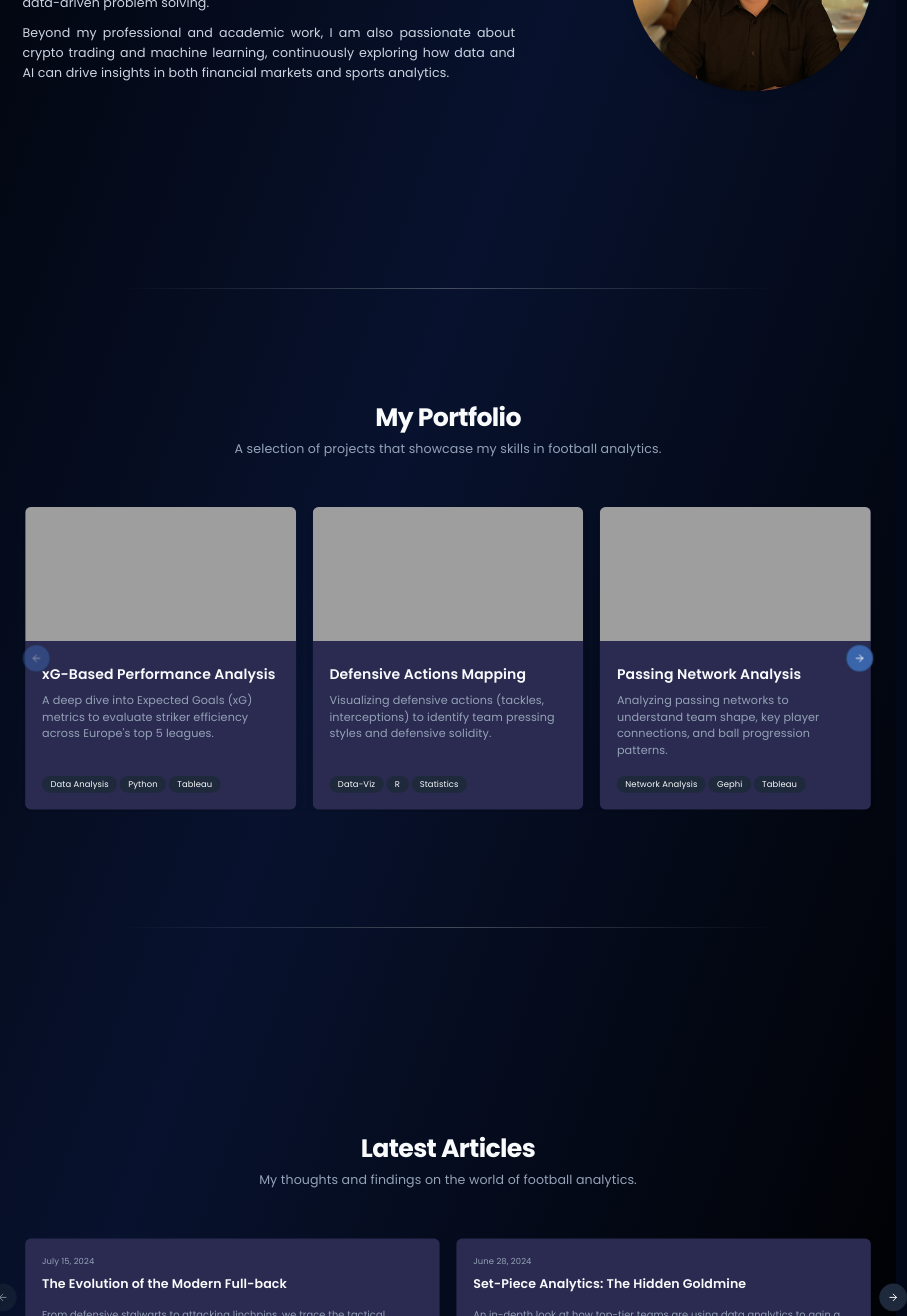
Repository: patrick-cw/my-portfolio
Page: /
These files come from the project's save history. The page is drawn as it stood at one moment and after the next save; the edit follows.
The browser window is 1280 px wide. The page is 1296 px wide, so the pictures cover 1296 px, including what lies to the right of the window. The pictures show the part of the page from y = 1318 to 3198 px (the page is 3545 px tall), at 70% of full size.
Pictures or frames that could not be fetched are drawn as grey boxes. The project was rebuilt for these pictures with package versions that can differ from the ones it lists, and the page was loaded fresh each time. The framework's server and built-in components were replaced by stand-ins that run in the browser. Also part of the build but not shown: next.config.ts.

Above is the page before, as saved 2025-08-31 03:21:52.

After the next save:
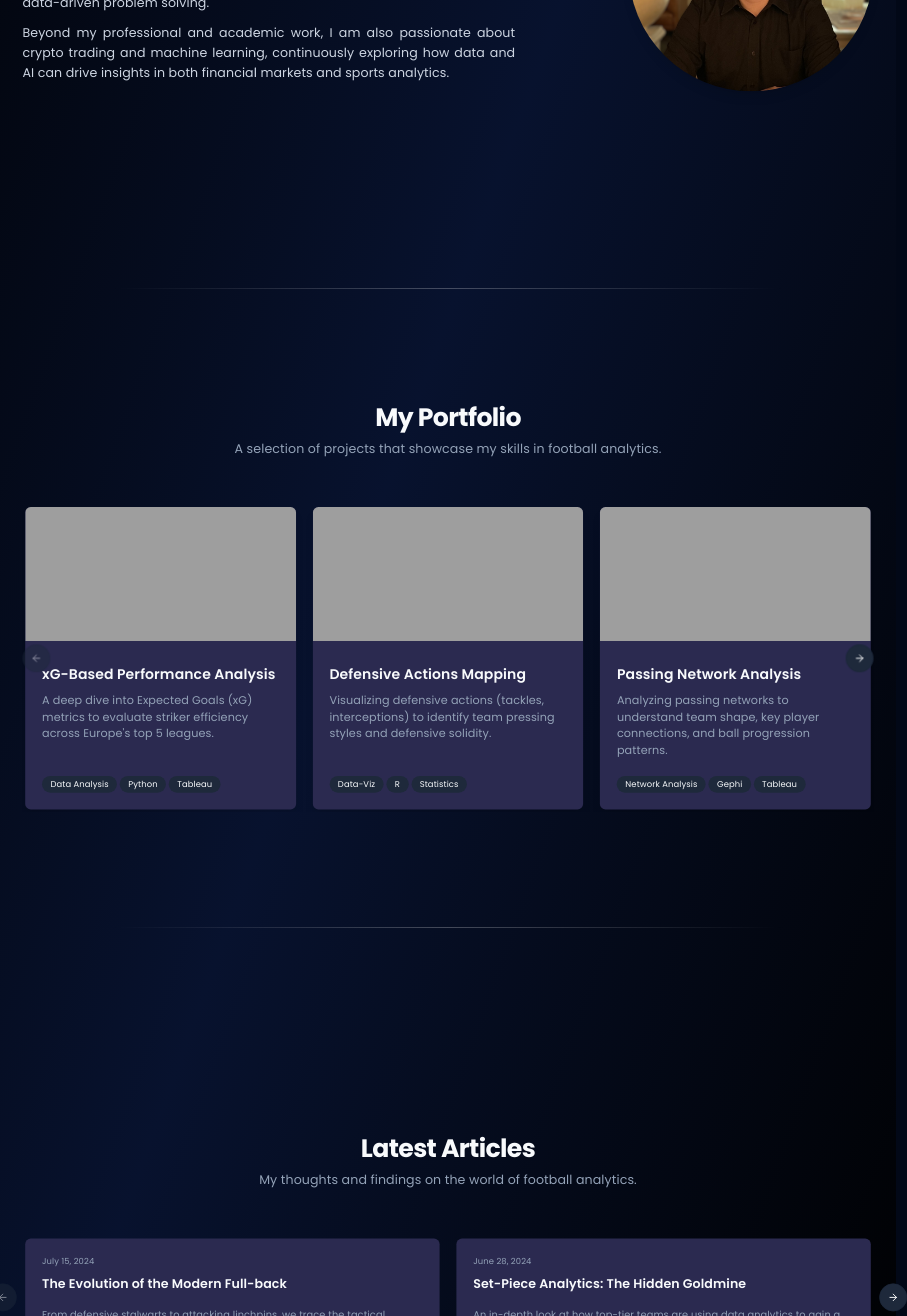
Saved 33 s later.
--- a/src/app/page.tsx
+++ b/src/app/page.tsx
@@ -155,8 +155,8 @@ function PortfolioSection() {
                   </CarouselItem>
                 ))}
               </CarouselContent>
-              <CarouselPrevious className="ml-12 h-10 w-10 bg-primary hover:bg-accent" />
-              <CarouselNext className="mr-12 h-10 w-10 bg-primary hover:bg-accent"/>
+              <CarouselPrevious className="ml-12 h-10 w-10 bg-accent hover:bg-primary" />
+              <CarouselNext className="mr-12 h-10 w-10 bg-accent hover:bg-primary"/>
             </Carousel>
           </div>
         </div>
